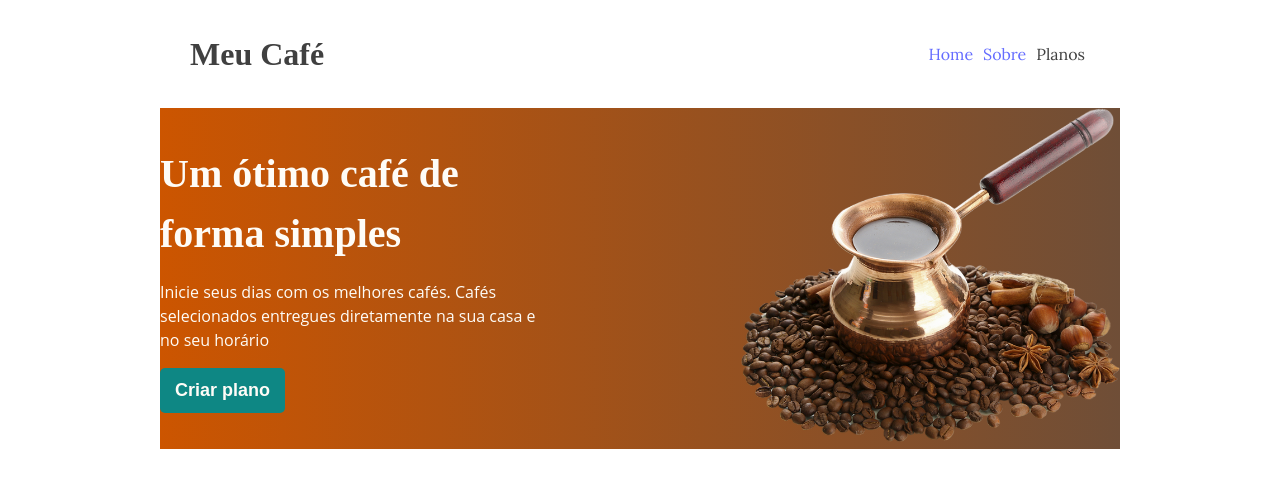
Repository: meiotera/meu_cafe.dev
Page: /
These files come from the project's save history. The page is drawn as it stood at one moment and after the next save; the edit follows.
The browser window is 1280 px wide. The pictures show the whole page.
The project was rebuilt for these pictures with package versions that can differ from the ones it lists, and the page was loaded fresh each time. Also part of the build but not shown: vite.config.js, src/Pages/AboutUs.jsx, src/Pages/YourPlane.jsx.

Above is the page before, as saved 2025-04-02 18:39:22.

### src/index.css
@import url('https://fonts.googleapis.com/css2?family=Lora:wght@400;700&display=swap');

:root {
  font-family: 'Lora', serif;
  line-height: 1.5;
  font-weight: 400;
  box-sizing: border-box; /* Mantido */

  color: rgba(255, 255, 255, 0.87);

  font-synthesis: none;
  text-rendering: optimizeLegibility;
  -webkit-font-smoothing: antialiased;
  -moz-osx-font-smoothing: grayscale;
}

a {
  font-weight: 500;
  color: #646cff;
  text-decoration: inherit;
}
a:hover {
  color: #535bf2;
}

h1,
h2,
h3 {
  font-family: 'Playfair Display', serif;
  margin: 0; /* Removido o margin */
}

p {
  font-family: 'Open Sans', sans-serif;
}

body {
  width: 960px;
  margin: 0 auto;
}

### src/App.jsx
import React from 'react';
import { BrowserRouter, Routes, Route } from 'react-router-dom';

import Home from './Pages/Home';
import AboutUs from './Pages/AboutUs';
import YourPlane from './Pages/YourPlane';

import Header from './components/Header/Header';
import Main from './components/Main/Main';

function App() {
  return (
    <>
      <BrowserRouter>
        <Header />

        <Main>
          <Routes>
            <Route path="/" element={<Home />} />
            <Route path="/sobre" element={<AboutUs />} />
            <Route path="planos" element={<YourPlane />} />
          </Routes>
        </Main>
      </BrowserRouter>
    </>
  );
}

export default App;

### src/Pages/Home.jsx
import React from 'react';
import Main from '../components/Main/Main';
import Banner from '../components/Banner/Banner';

const Home = () => {
  return (
    <Banner
      titulo={'Um ótimo café de forma simples'}
      imagem={'artesanal'}
      texto={
        'Inicie seus dias com os melhores cafés. Cafés selecionados entregues diretamente na sua casa e no seu horário'
      }
      botao={'Criar plano'}
    />
  );
};

export default Home;

### src/components/Header/Header.jsx
import React from 'react';

import styles from './Header.module.css';
import NavBar from '../NavBar/NavBar';
import Banner from '../Banner/Banner';

const Header = () => {
  return (
    <header className={styles.header}>
      <h1>Meu Café</h1>

      <NavBar />
    </header>
  );
};

export default Header;

### src/components/Main/Main.jsx
import React from 'react';

const Main = ({ children }) => {
  return <main>{children}</main>;
};

export default Main;

### src/components/Banner/Banner.jsx
import React from 'react';

import styles from './Banner.module.css';

const Banner = ({ titulo, texto, imagem, botao }) => {
  return (
    <div className={styles.banner}>
      <div className={styles.containerText}>
        <h2>{titulo}</h2>

        <p>{texto}</p>
        {botao && <button className={styles.button}>{botao}</button>}
      </div>

      <div className={styles.img}>
        <img src={`../../img/${imagem}.png`} alt="" />
      </div>
    </div>
  );
};

export default Banner;

### src/components/Header/Header.module.css
.header {
  height: max-content;
  color: rgba(50, 49, 49, 0.93);

  padding: 30px;
  display: flex;
  justify-content: space-between;
  align-items: center;
}

### src/components/NavBar/NavBar.jsx
import React from 'react';
import { NavLink } from 'react-router-dom';

import styles from './NavBar.module.css';

const NavBar = () => {
  return (
    <nav className={styles.navbar}>
      <ul>
        <li>
          <NavLink to={'/'}>Home</NavLink>
        </li>
        <li>
          <NavLink to={'/sobre'}>Sobre</NavLink>
        </li>
        <li>Planos</li>
      </ul>
    </nav>
  );
};
export default NavBar;

### src/components/Banner/Banner.module.css
.banner {
  background-image: linear-gradient(to left, #6f4e37, #cc5500);
  display: flex;
  flex-wrap: wrap;
  justify-content: space-between;
  align-items: center;
}

.containerText {
  color: #fefcf7;
  width: 380px;
}

.containerText h2 {
  font-size: 2.5em;
}

.img {
  width: 380px;
}

.img img {
  width: 100%;
}

.button {
  border: none;
  background-color: #0e8784;
  border-radius: 5px;
  padding: 12px 15px;
  color: #fefcf7;
  font-weight: bold;
  font-size: 18px;
  cursor: pointer;
  transition: ease-in-out 0.2s;
}

.button:hover {
  background-color: #189b99;
}

### src/components/NavBar/NavBar.module.css
.navbar li {
  list-style: none;
  padding: 5px;
}

.navbar ul {
  display: flex;
  margin: 0; /* Removido o margin */
  padding: 0; /* Removido o padding */
}

Loaded but not shown: index.html (common file); src/main.jsx (common file)

After the next save:
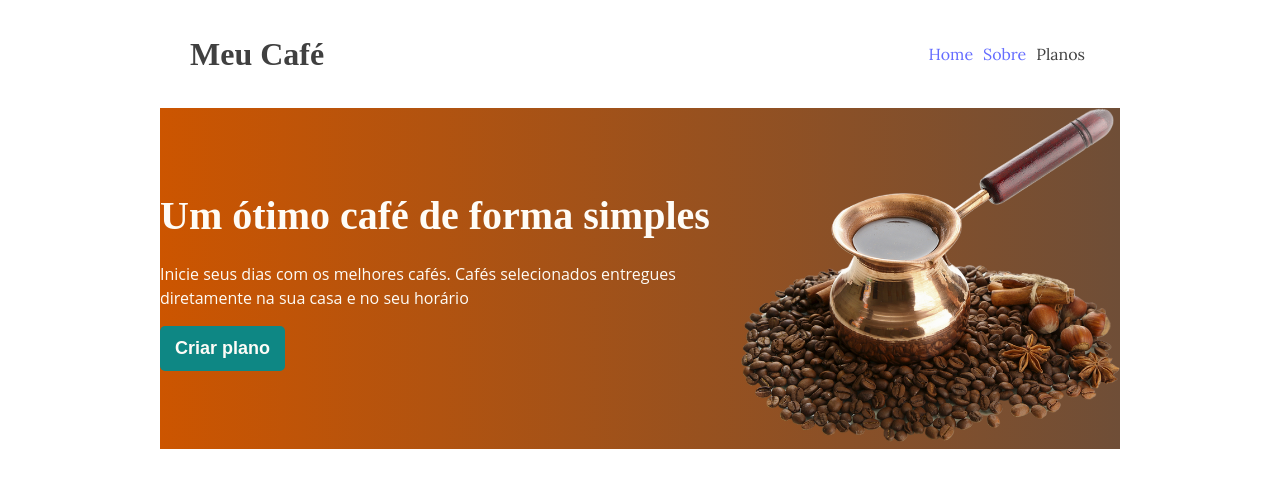
Saved 40 s later.
--- a/src/components/Banner/Banner.module.css
+++ b/src/components/Banner/Banner.module.css
@@ -8,7 +8,8 @@
 
 .containerText {
   color: #fefcf7;
-  width: 380px;
+
+  flex: 2 1 380px;
 }
 
 .containerText h2 {
